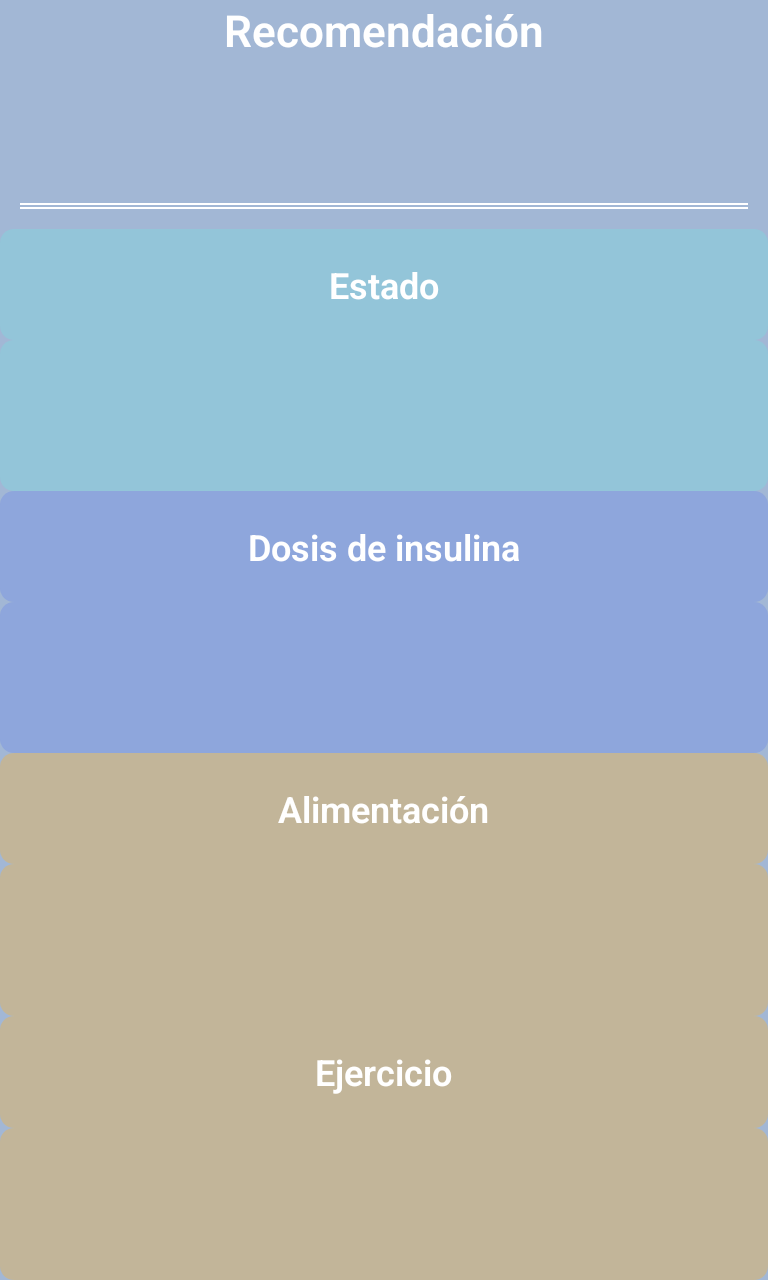
Repository: HectorGarciaMiguel/ssii-diabetes-060036
Layout: SeguimientoDiabetes/res/layout/activity_recomendacion.xml
An editor plug-in stored every save of this project. The layout is shown before and after the next save, followed by the edit.
It is drawn on a 768 x 1280 px phone screen (xhdpi) without system bars, with theme AppTheme; the app's code is not run.

Above is the layout before, as saved 2015-11-17 10:20:18.

### SeguimientoDiabetes/res/layout/activity_recomendacion.xml
<TableLayout xmlns:android="http://schemas.android.com/apk/res/android"
    xmlns:tools="http://schemas.android.com/tools"
    android:id="@+id/TableLayout1"
    android:layout_width="fill_parent"
    android:layout_height="wrap_content"
    android:layout_gravity="top|center"
    android:stretchColumns="*"
    tools:context=".MainActivity" >

    <TableRow
        android:id="@+id/tableRow1"
        android:layout_width="0px"
        android:layout_height="0px"
        android:layout_weight="2">

        <TextView
            android:id="@+id/textView1"
            android:layout_width="fill_parent"
            android:layout_height="fill_parent"
            android:layout_gravity="center_horizontal|center_vertical"
            android:text="Recomendación"
            android:textSize="22sp"
            android:textStyle="bold" />

    </TableRow>

           <View
    		android:layout_height="1dp"
    		android:layout_marginTop="10dp"
    		android:layout_marginRight="10dp"
    		android:layout_marginLeft="10dp"
    		android:layout_marginBottom="1dp"
    		android:background="#FFFFFF"/>
          <View
    		android:layout_height="1dp"
    		android:layout_marginRight="10dp"
    		android:layout_marginLeft="10dp"
    		android:layout_marginBottom="10dp"
    		android:background="#FFFFFF"/>


    <TableRow
        android:id="@+id/tableRow8"
        android:layout_width="0px"
        android:layout_height="0px"
        android:layout_weight="1"
        android:background="@drawable/sombreadoverde" >

        <TextView
            android:id="@+id/textView8"
            android:layout_width="wrap_content"
            android:layout_height="wrap_content"
            android:layout_gravity="center_horizontal|center_vertical"
            android:text="Estado"
            android:textStyle="bold"/>

    </TableRow>

    <TableRow
        android:id="@+id/tableRow9"
        android:layout_width="0px"
        android:layout_height="0px"
        android:layout_weight="1"
        android:background="@drawable/sombreadoverde">

        <TextView
            android:id="@+id/textView9"
            android:layout_width="wrap_content"
            android:layout_height="wrap_content"
            android:padding="10dp" />

    </TableRow>

    <TableRow
        android:id="@+id/tableRow2"
        android:layout_width="0px"
        android:layout_height="0px"
        android:layout_weight="1"
        android:background="@drawable/sombreadoazul">

        <TextView
            android:id="@+id/textView2"
            android:layout_width="wrap_content"
            android:layout_height="wrap_content"
            android:text="Dosis de insulina"
            android:layout_gravity="center_horizontal|center_vertical"
            android:textStyle="bold" />

    </TableRow>

    <TableRow
        android:id="@+id/tableRow3"
        android:layout_width="0px"
        android:layout_height="0px"
        android:layout_weight="1"
        android:background="@drawable/sombreadoazul" >

        <TextView
            android:id="@+id/textView3"
            android:layout_width="wrap_content"
            android:layout_height="wrap_content"
            android:padding="10dp" />

    </TableRow>

    <TableRow
        android:id="@+id/tableRow4"
        android:layout_width="0px"
        android:layout_height="0px"
        android:layout_weight="1"
        android:background="@drawable/sombreadonaranja">

        <TextView
            android:id="@+id/textView4"
            android:layout_width="wrap_content"
            android:layout_height="wrap_content"
            android:layout_gravity="center_horizontal|center_vertical"
            android:text="Alimentación"
            android:textStyle="bold"/>

    </TableRow>

    <TableRow
        android:id="@+id/tableRow5"
        android:layout_width="0px"
        android:layout_height="0px"
        android:layout_weight="1"
        android:background="@drawable/sombreadonaranja">

        <TextView
            android:id="@+id/textView5"
            android:layout_width="wrap_content"
            android:layout_height="wrap_content"
            android:padding="10dp" />

    </TableRow>

    <TableRow
        android:id="@+id/tableRow6"
        android:layout_width="0px"
        android:layout_height="0px"
        android:layout_weight="1"
        android:background="@drawable/sombreadonaranja">

        <TextView
            android:id="@+id/textView6"
            android:layout_width="wrap_content"
            android:layout_height="wrap_content"
            android:text="Ejercicio"
            android:layout_gravity="center_horizontal|center_vertical"
            android:textStyle="bold" />

    </TableRow>

    <TableRow
        android:id="@+id/tableRow7"
        android:layout_width="0px"
        android:layout_height="0px"
        android:layout_weight="1"
        android:background="@drawable/sombreadonaranja">>

        <TextView
            android:id="@+id/textView7"
            android:layout_width="wrap_content"
            android:layout_height="wrap_content"
            android:padding="10dp" />

    </TableRow>

</TableLayout>

### SeguimientoDiabetes/res/drawable/sombreadoverde.xml
<?xml version="1.0" encoding="UTF-8"?>
<shape xmlns:android="http://schemas.android.com/apk/res/android">
    <solid android:color="#3050FCE8"/>
    <corners android:radius="7dp"/>
</shape>

### SeguimientoDiabetes/res/drawable/sombreadoazul.xml
<?xml version="1.0" encoding="UTF-8"?>
<shape xmlns:android="http://schemas.android.com/apk/res/android">
    <solid android:color="#30355CF7"/>
    <corners android:radius="7dp"/>
</shape>

### SeguimientoDiabetes/res/drawable/sombreadonaranja.xml
<?xml version="1.0" encoding="UTF-8"?>
<shape xmlns:android="http://schemas.android.com/apk/res/android">
    <solid android:color="#60F7B335"/>
    <corners android:radius="7dp"/>
</shape>

Loaded but not shown: SeguimientoDiabetes/res/values/styles.xml (common file); SeguimientoDiabetes/res/values-v11/styles.xml (common file); SeguimientoDiabetes/res/values-v14/styles.xml (common file)

After the next save:
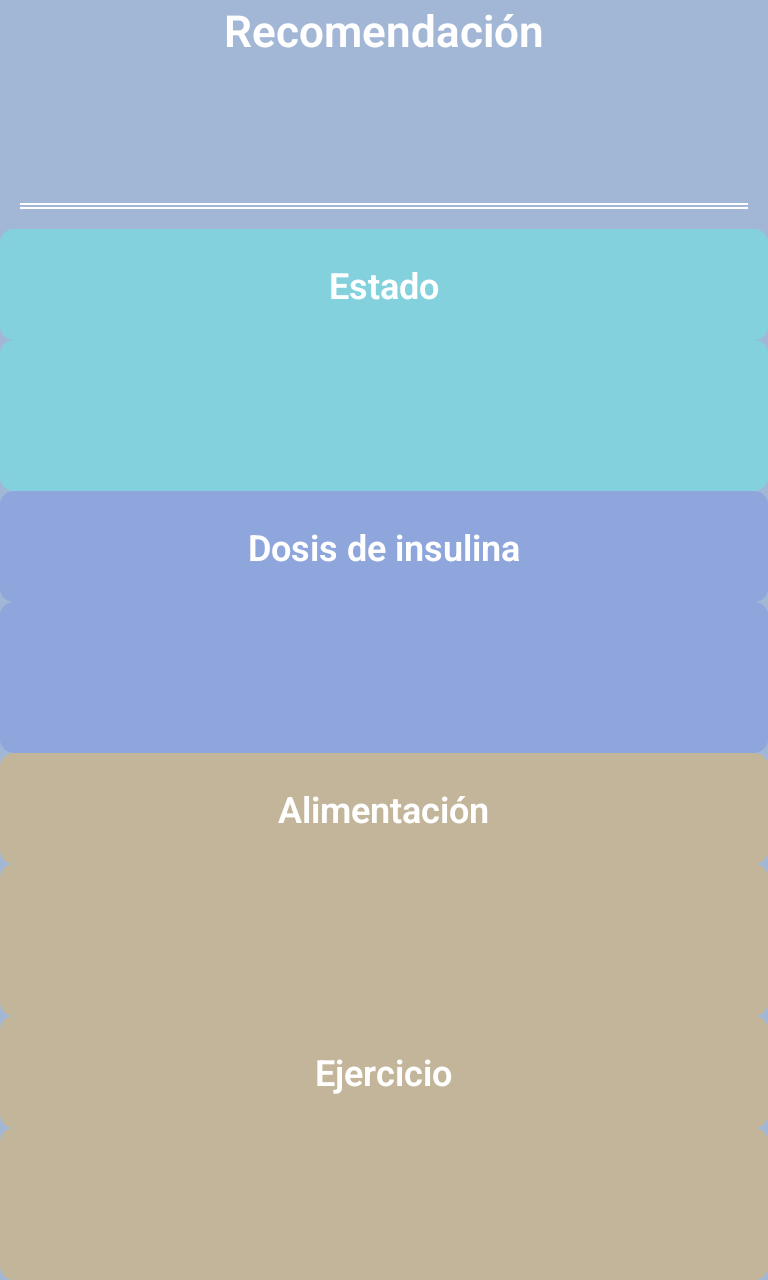
Saved 20 s later.
--- a/SeguimientoDiabetes/res/drawable/sombreadoverde.xml
+++ b/SeguimientoDiabetes/res/drawable/sombreadoverde.xml
@@ -1,5 +1,5 @@
 <?xml version="1.0" encoding="UTF-8"?>
 <shape xmlns:android="http://schemas.android.com/apk/res/android">
-    <solid android:color="#3050FCE8"/>
+    <solid android:color="#6050FCE8"/>
     <corners android:radius="7dp"/>
 </shape>
